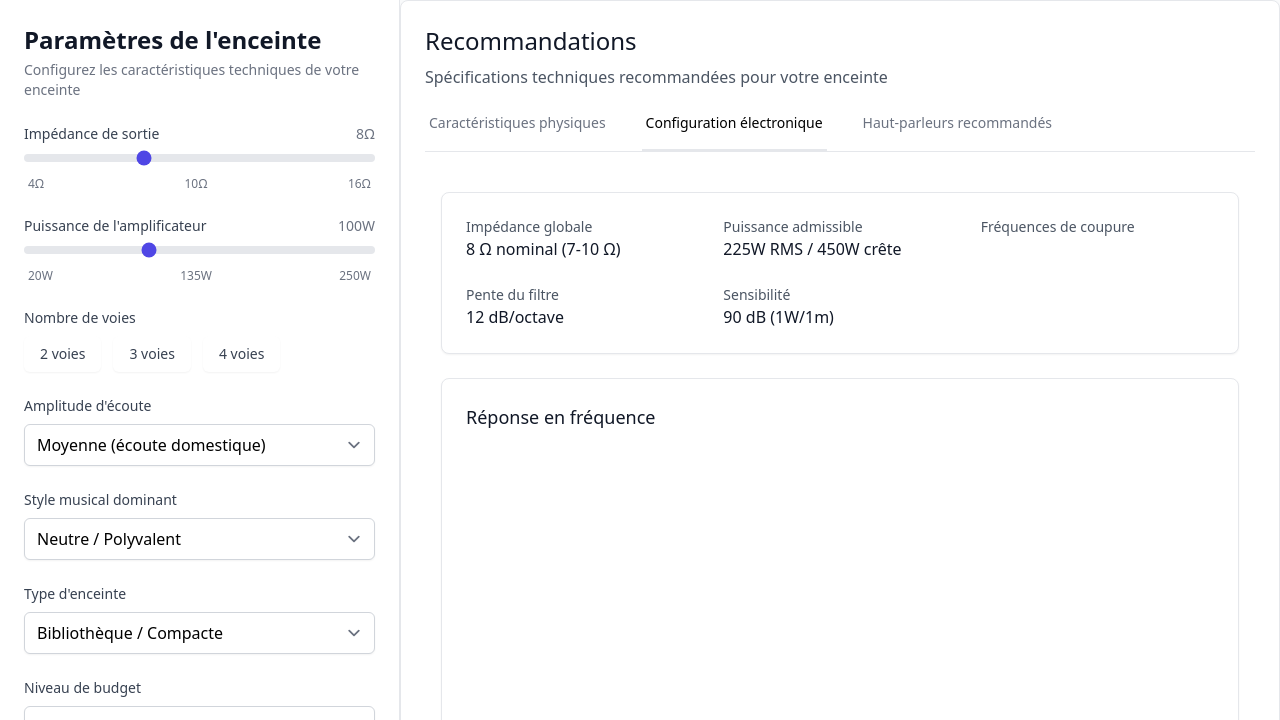
Repository: flobutbut/AcuoTune
Page: /, after clicking the first element matching `nav.flex > :nth-child(2)`
These files come from the project's save history. The page is drawn as it stood at one moment and after the next save; the edit follows.
The browser window is 1280 px wide. The pictures show the whole page.
An inner scrolling area shows only its first screen. The project was rebuilt for these pictures with package versions that can differ from the ones it lists, and the page was loaded fresh each time. Also part of the build but not shown: vite.config.ts, src/components/configurateur/recommendations/SpeakersTab.vue.

Above is the page before, as saved 2025-02-28 14:32:03.

After the next save:
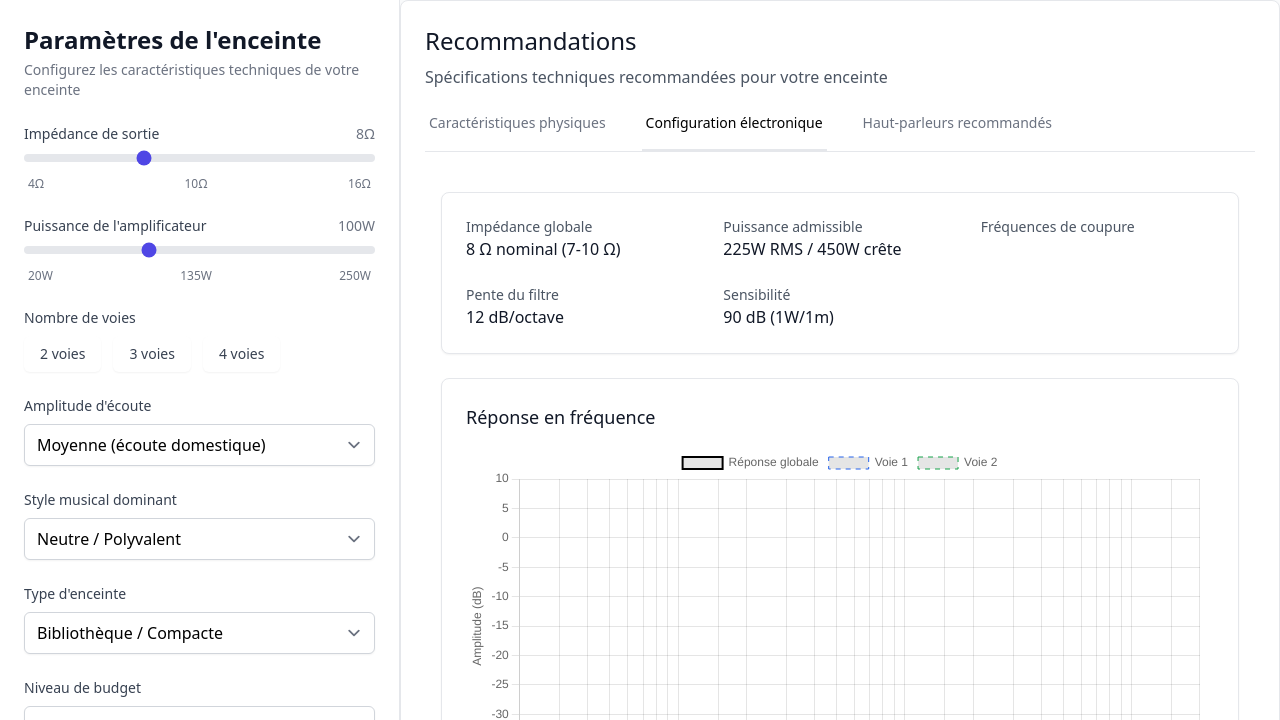
Saved 108 s later.
--- a/src/utils/calculations/frequency-response.ts
+++ b/src/utils/calculations/frequency-response.ts
@@ -27,6 +27,43 @@ function validateConfig(config: Config): void {
     console.warn('Puissance hors limites réalistes')
   }
   // ... autres validations
+}
+
+// Fonction de transfert du filtre
+function calculateFilterResponse(frequency: number, fc: number, isHighPass: boolean, config: Config): number {
+  const w = frequency / fc
+  const order = parseInt(config.penteFiltre) / 6 // Conversion dB/oct en ordre
+
+  if (isHighPass) {
+    // Filtre passe-haut
+    return 20 * Math.log10(Math.pow(w, order)) - 3 // -3dB à fc
+  } else {
+    // Filtre passe-bas
+    return -20 * Math.log10(Math.sqrt(1 + Math.pow(w, 2 * order)))
+  }
+}
+
+function calculateTuningFrequency(config: Config): number {
+  return config.typeEnceinte === 'bibliothèque' ? 50 : 35
+}
+
+function calculateResonanceFrequency(config: Config): number {
+  return config.typeEnceinte === 'bibliothèque' ? 60 : 40
+}
+
+function calculateRoomEffects(frequency: number, config: Config): number {
+  const roomModes = {
+    'proche': 120,
+    'moyenne': 80,
+    'loin': 60
+  }
+  const fb = roomModes[config.distanceAuMur as keyof typeof roomModes] || 80
+
+  // Effet de la pièce sur les basses
+  if (frequency < fb) {
+    return 6 * Math.log10(fb/frequency)
+  }
+  return 0
 }
 
 export function calculateVoiceResponse(frequency: number, voiceIndex: number, config: Config, electronicParams: ElectronicParams): number {
@@ -112,14 +149,25 @@ function calculateBassResponse(frequency: number, config: Config, freqCoupure: n
   return response
 }
 
-// ... autres fonctions de calcul spécialisées ...
+function calculateTrebleResponse(frequency: number, config: Config, freqCoupure: number): number {
+  // Filtre passe-haut
+  return calculateFilterResponse(frequency, freqCoupure, true, config)
+}
+
+function calculateMidResponse(frequency: number, config: Config, freqBasse: number, freqHaute: number): number {
+  // Combinaison passe-haut et passe-bas
+  const responseHaut = calculateFilterResponse(frequency, freqBasse, true, config)
+  const responseBas = calculateFilterResponse(frequency, freqHaute, false, config)
+  return responseHaut + responseBas
+}
 
 export function calculateGlobalResponse(frequency: number, voiceResponses: number[]): number {
-  // Conversion en amplitudes linéaires avec phase
+  // Conversion en amplitudes linéaires
   const amplitudes = voiceResponses.map(db => Math.pow(10, db/20))
 
-  // Somme vectorielle avec phase
+  // Somme des amplitudes
   const totalAmplitude = amplitudes.reduce((sum, amp) => sum + amp, 0)
 
+  // Reconversion en dB
   return 20 * Math.log10(totalAmplitude)
 }
